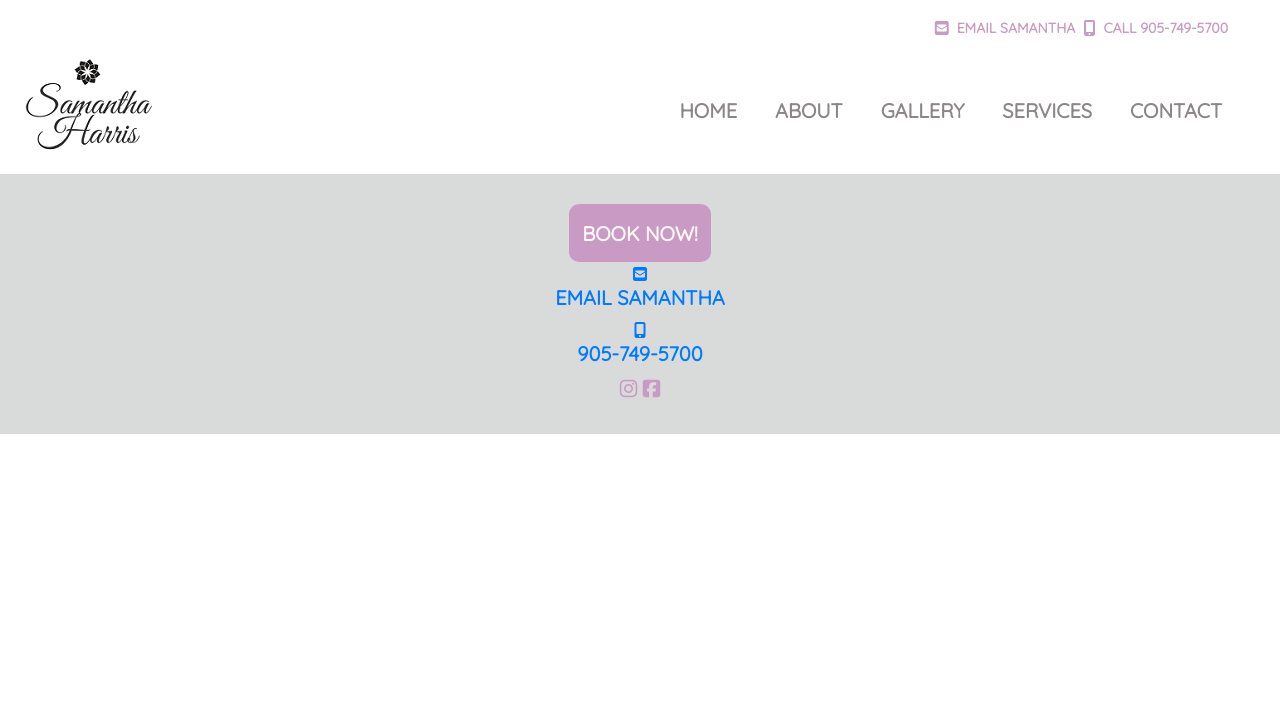
Repository: JayneyNix/milestone-1-UCFD
Page: services.html
The author's editor kept a record of every edit. The page is drawn from the files as they stood at one moment, then again after the next edit.
The browser window is 1280 px wide. The pictures show the whole page.
Some web libraries are served in a nearby version.

Above is the page before.

### services.html
<!DOCTYPE html>
<html lang="en">

<head>
    <meta charset="UTF-8">
    <meta name="viewport" content="width=device-width, initial-scale=1.0">
    <meta http-equiv="X-UA-Compatible" content="ie=edge">
    <title>Professional Make-up Artistry | Samantha Harris</title>
    <script src="https://code.jquery.com/jquery-3.3.1.slim.min.js" integrity="sha384-q8i/X+965DzO0rT7abK41JStQIAqVgRVzpbzo5smXKp4YfRvH+8abtTE1Pi6jizo" crossorigin="anonymous"></script>
    <link href="https://stackpath.bootstrapcdn.com/bootstrap/4.3.1/css/bootstrap.min.css" rel="stylesheet" integrity="sha384-ggOyR0iXCbMQv3Xipma34MD+dH/1fQ784/j6cY/iJTQUOhcWr7x9JvoRxT2MZw1T" crossorigin="anonymous" type="text/css">
    <link rel="stylesheet" href="https://cdnjs.cloudflare.com/ajax/libs/hover.css/2.3.1/css/hover-min.css" type="text/css">
    <link rel="stylesheet" href="https://fonts.googleapis.com/css?family=Quicksand">
    <script src="https://kit.fontawesome.com/26094534a3.js" crossorigin="anonymous"></script>
    <link rel="stylesheet" href="Assets/style.css" class="text/css">
</head>

<body>
     <!--Navigation-->

    <div class="fixed-header d-flex flex-row-reverse mt-2 pr-5 align-items-center">
        <div class="p-1 call-text mt-2">
            <a class="call-header" href="tel:905-749-5700" target="-blank">
                <h5 class="h5 headings"><span class="number">Call 905-749-5700</span></h5>
            </a>
        </div>
        <div class="p-1 call-icon"><a class="call-header" href="tel:905-749-5700" target="-blank"><i class="fas fa-mobile-alt" aria-hidden="true"></i></a>
        </div>
        <div class="p-1 email-text mt-2">
            <a class="email-header" href="mailto:bookings@samanthaharris.ca" target="-blank">
                <span class="call"><h5 class="h5 headings">Email Samantha</h5></span>
            </a>
        </div>
        <div class="p-1 email-icon"><a class="email-header" href="mailto:bookings@samanthaharris.ca" target="-blank"><i class="fas fa-envelope-square" aria-hidden="true"></i></a>
        </div>
    </div>


<div class="container-fluid nav-container no-padding" role="navigation">
        <nav class="navbar navbar-light navbar-expand-lg">

            <a class="navbar-brand" href="index.html">
                <img src="Assets/logo.png" class="d-inline-block align-top"
      alt="samantha-harris-logo"/>
      </a>

            <button class="navbar-toggler ml-auto" type="button" data-toggle="collapse" data-target="#navbarNavDropdown" aria-controls="navbarNavDropdown" aria-expanded="false" aria-label="Toggle navigation">
          <span class="navbar-toggler-icon"></span>
      </button>
            <div class="collapse navbar-collapse" id="navbarNavDropdown">
                <ul class="navbar-nav navbar-default ml-auto">
                    <li class="nav-item">
                        <a class="nav-link active" href="index.html">Home</a>
                    </li>
                    <li class="nav-item">
                        <a class="nav-link" href="about.html">About</a>
                    </li>
                    <li class="nav-item">
                        <a class="nav-link" href="gallery.html">Gallery</a>
                    </li>
                    <li class="nav-item">
                        <a class="nav-link" href="services.html">Services</a>
                    </li>
                    <li class="nav-item last">
                        <a class="nav-link" href="contact.html">Contact</a>
                    </li>
                </ul><br>
            </div>
        </nav>
    </div>

    <!--Navigation-->


    <!--Introduction-->




    <!--Introduction-->







    <footer class="container-fluid footer-container no-padding">

        <div id="footer" class="row">
            <div class="col-md-12">
                <div class="action">
                    <btn class="footer-button">
                        <a href="contact.html" <h5 class="footer-items">BOOK NOW!</h5></a>
                    </btn>
                </div>

                <div class="col-md-12">
                    <div class="contact-methods">
                        <a class="send-email" href="mailto:bookings@samanthaharris.ca" target="-blank"><i class="fas fa-envelope-square" aria-hidden="true"></i>
                <h5 class ="headings uppercase">Email Samantha</h5></a>
                        <a class="call" href="tel:905-749-5700"><i class="fas fa-mobile-alt" aria-hidden="true"></i><h5 class="headings uppercase">905-749-5700</h5></a>
                    </div>
                </div>

                <div class="col-md-12">
                    <div class="social"></div>
                    <a class="insta" href="https://www.instagram.com" target="-blank"><i class="fab fa-instagram" aria-hidden="true"></i>
                    </a>
                    <a class="facebook" href="https://www.facebook.com" target="-blank"><i class="fab fa-facebook-square" aria-hidden="true"></i></a>
                </div>
            </div>

        </div>
        </div>

    </footer>


    <script src="https://stackpath.bootstrapcdn.com/bootstrap/4.3.1/js/bootstrap.min.js" integrity="sha384-JjSmVgyd0p3pXB1rRibZUAYoIIy6OrQ6VrjIEaFf/nJGzIxFDsf4x0xIM+B07jRM" crossorigin="anonymous"></script>

    <script src="https://cdnjs.cloudflare.com/ajax/libs/popper.js/1.14.7/umd/popper.min.js" integrity="sha384-UO2eT0CpHqdSJQ6hJty5KVphtPhzWj9WO1clHTMGa3JDZwrnQq4sF86dIHNDz0W1" crossorigin="anonymous"></script>
</body>

</html>

### Assets/style.css
/*Typography*/

.headings {

    font-family: Quicksand, sans-serif;
    text-transform: uppercase;
    font-weight: bold;
}

.h1 {
    font-size: 28px;
    color: #8a8689;
    font-weight: bold;
}

.h2 {
    font-size: 20px;
    font-weight: bold;
}

.h3 {
    font-size: 18px;
    color: #8a8689;
}

.h4 {
    font-size: 16px;
}

.h5 {
    font-size: 14px;
    color: #8a8689;
}

.p {
    font-size: 14px;
    color: #8a8689;
    font-weight: normal;
}

/*Typography*/


/*Contact Header*/

.p-1 .email-header {
    color: #c99bc4;
    text-decoration: none;
}

.p-1 .call-header {
    color: #c99bc4;
    text-decoration: none;
}

.p-1 .email-header:hover {
    color: #8a8689;
}

.p-1 .call-header:hover {
    color: #8a8689;
}

.p-1 .h5 {
    color: #c99bc4;
}

.p-1 .h5:hover {
    color: #8a8689;
}

/*Contact Header*/


/*--Navigation--*/

.nav-container {
    padding-right: 20px;
    padding-left: 0;
}

.navbar {
    background-color: #fff;
    padding: 0;
}

.navbar-brand {
    padding-left: 20px;
    padding-bottom: 20px;
    background-size: cover;
    width: 150;
    height: 150;
}

.navbar-nav {
    padding-right: 30px;
}

.nav-item {
    padding: 20;
}

.nav-link {
    font-family: "Quicksand", sans-serif;
    font-size: 20px;
    font-weight: bold;
    text-decoration: none;
    text-transform: uppercase;
    color: #8a8689!important;
    vertical-align: middle;
    padding-left: 30px!important;
}

.nav-link:hover {
    color: #c99bc4!important;
    transform: scale(1.25);
    transition: ease-in-out;
    transition-duration: 0.3s;
}

.navbar-light .navbar-toggler {
    padding-right: 30px;
    border: 0;
    font-weight: bold;
}

  .navbar-toggler:focus, .navbar-toggler:active {
    outline: none;
    box-shadow: none;
    color: #c99bc4;
  }

@media (max-width: 992px) {
    #navbarNavDropdown {
        text-align: center;
    }
}

/*--Navigation--*/


/*--Footer*/

.container-fluid .footer-container {
    display: inline-block;
    font-size: 0;
}

#footer {
    background-color: #d9dbda;
    text-align: center;
    padding-top: 30px;
    padding-bottom: 30px;
}

.footer-button {
    position: relative;
    display: inline-block;
    font-family: "Quicksand", sans-serif;
    font-size: 20px;
    font-weight: bolder;
    text-transform: uppercase;
    vertical-align: middle;
    border: 3px solid #c99bc4;
    border-radius: 10px;
    padding: 10px;
    text-align: center;
    background-color: #c99bc4;
}

.footer-button .contact-link {
    text-decoration: none;
}

.footer-items {
    color: #fffafa;
    font-weight: bold;
    vertical-align: middle;
    margin: 0;
}

.footer-items:hover {
    color: #8a8689;
    transform: scale(1.1);
    transition: ease-in-out;
    transition-duration: 0.5s;
}

.call-contact .h3 {
    color: #c99bc4;
    text-decoration: none;
}

.a .call-contact {
    text-decoration: none;
}

.email-contact .h3 {
    color: #c99bc4;
    text-decoration: none;
}

.a .email-contact {
    text-decoration: none;
}

.call-contact .h3:hover {
    color: #8a8689;
}

.email-contact .h3:hover {
    color: #8a8689;
}

.insta {
    color: #c99bc4;
    font-size: 20px;
}

.facebook {
    color: #c99bc4;
    font-size: 20px;
}

.insta:hover {
    color: #8a8689;
    text-decoration: none;
}

.facebook:hover {
    color: #8a8689;
    text-decoration: none;
}

/*--Footer*/


/*--Homepage Section 1 - Banner & Intro*/

.home-main-banner {
    max-width: 100%;
    height: 100%;
    padding: 0px 0px 20px;
    margin: 0;
    font-size: 0;
}

#home-main-intro {
    padding: 0;
    margin: 0;
}

.intro-section {
    padding: 0;
    width: 80%;
}

/*--End Homepage Section 1 - Banner & Intro*/


/*--Homepage Section 2 - Testimonials*/

#testimonial-carousel {
    display: block;
    padding: 0;
    font-size: 0;
    margin-bottom: 20px;
    height: 300px;
}

.carousel-image {
    height: 300px;
}

.carousel-caption {
    position: absolute;
    left: 50%;
    top: 40%;
    transform: translate(-50%, -50%);
    overflow: hidden;
    width: 80%;
}

.carousel-heading {
    color: #8a8689;
    font-style: italic;
    font-weight: bolder;
}

.carousel-text {
    font-style: italic;
    font-weight: bolder;
}

.box {
    border: 0px transparent;
    border-radius: 50%;
    background-color: #fffafa;
    padding: 30px;
}

/*--End Homepage Section 2 - Testimonials*/


/*--Gallery--*/

.gallery-container {
    padding-bottom: 20px;
}

/*--End Gallery--*/


/*--Contact Page Form--*/

.contact-main-banner {
    max-width: 100%;
    padding: 0px 0px 20px;
    margin: 0;
    font-size: 0;
}

.contact-image {
    height: 420px;
}

.contact-intro {
    padding: 0;
    margin: 0;
}

.contact-container {
    width: 100%;
    padding-bottom: 20px;
    margin: 20px 0px;
    padding-left: 0;
    padding-right: 0;
    vertical-align: middle;
    background-color: #fffafa;
}

.row-top {
    padding-top: 40px;
}

.row-second-section  {
    padding-top: 20px;
}

.row-bottom {
    padding-top:20px;
}

.send-btn {
    vertical-align: middle;
    border: 3px solid #c99bc4;
    border-radius: 10px;
    padding: 10px;
    text-align: center;
    background-color: #c99bc4;
    color: #fffafa;
    font-weight: bolder;
}

.send-btn:hover {
    color: #8a8689;
    transform: scale(1.1);
    transition: ease-in-out;
    transition-duration: 0.5s;
}

.form-control::placeholder {
    font-family: Quicksand, 'sans-serif';
    font-size: 14px;
    font-style: italic;
    font-weight: bold;
    text-transform: uppercase;
    color:#8a8689;
}

::-webkit-datetime-edit-text {
    color: #8a8689;
    padding: 0 0.3em;
    text-transform: uppercase;
    font-family: Quicksand, 'sans-serif';
    font-size: 14px;
    font-style: italic;
    font-weight: bold;
    }

/*--End contact page form--*/

After the next edit:
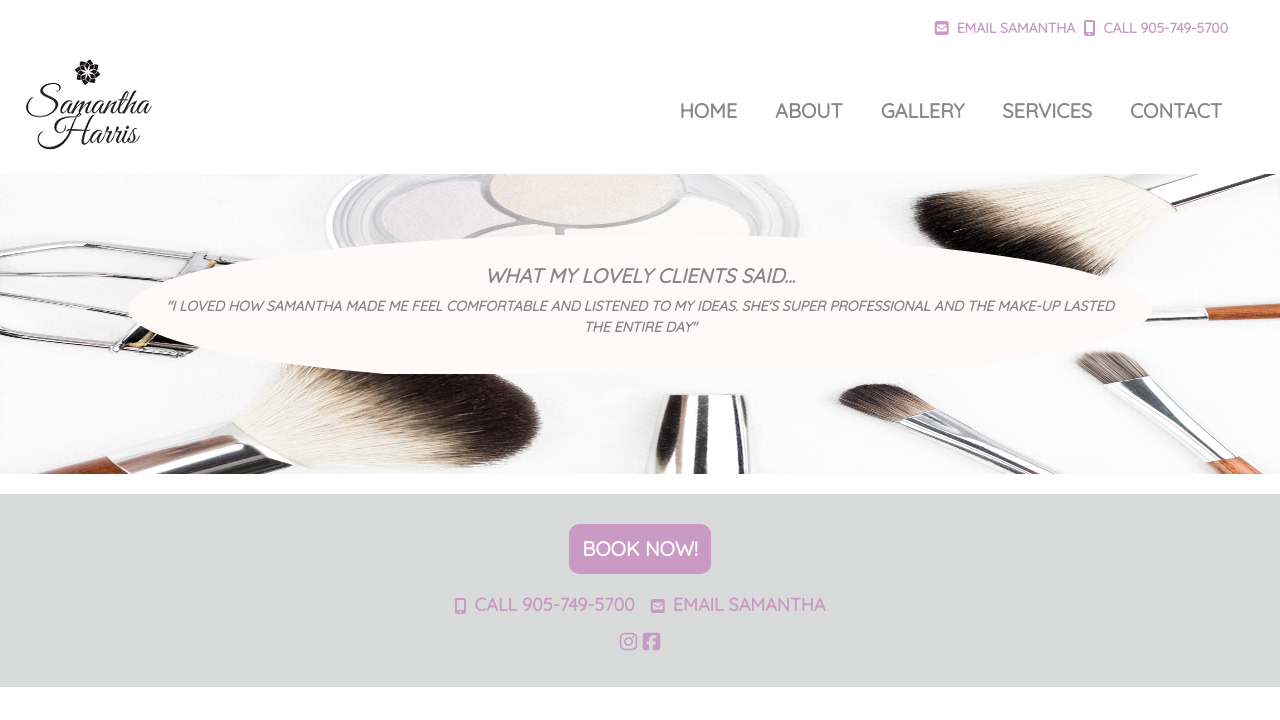
The edit:
--- a/services.html
+++ b/services.html
@@ -79,46 +79,92 @@
     <!--Introduction-->
 
 
+ <!--Testimonials-->
 
+    <div id="testimonial-carousel" class="carousel slide d-none d-md-block" data-ride="carousel">
+        <div class="carousel-inner">
+            <div class="carousel-item active">
+                <img class="carousel-image d-block w-100" src="Assets/cosmetic-brushes.png" alt="Slide-One">
+                <div class="carousel-caption d-none d-md-block height-auto">
+                    <div class="box">
+                        <h2 class="h2 headings carousel-heading align-items-center justify-content-center">What My Lovely Clients Said...</h2>
+                            <p class="p headings carousel-text">"Sam was awesome from the moment I met her I knew I didn't want anyone else to do my make-up! I felt so confident and beautiful but still like me"
+                            </p>
+                    </div>
+                </div>
+            </div>
 
+            <div class="carousel-item">
+                <img class="carousel-image d-block w-100" src="Assets/cosmetic-brushes.png" alt="Slide-One">
+                <div class="carousel-caption d-none d-md-block">
+                    <div class="box">
+                        <h2 class="h2 headings carousel-heading align-items-center justify-content-center">What My Lovely Clients Said...</h2>
+                            <p class="p headings carousel-text">"I loved how Samantha made me feel comfortable and listened to my ideas. She's super professional and the make-up lasted the entire day"
+                            </p>
+                    </div>
+                </div>
+            </div>
+            <div class="carousel-item">
+                <img class="carousel-image d-block w-100" src="Assets/cosmetic-brushes.png" alt="Slide-One">
+                <div class="carousel-caption d-none d-md-block">
+                    <div class="box">
+                        <h2 class="h2 headings carousel-heading align-items-center justify-content-center">What My Lovely Clients Said...</h2>
+                            <p class="p headings carousel-text">"I was looking for someone who uses natural products and the latest techniques and Samantha was knowledgeable, experienced and wasn't flustered with our party of 7!"
+                            </p>
+                    </div>
+                </div>
+            </div>
+        </div>
+    </div>
 
+    <!--Testimonials-->
 
+    <!--Footer-->
 
     <footer class="container-fluid footer-container no-padding">
 
         <div id="footer" class="row">
-            <div class="col-md-12">
+            <div class="col-sm-12">
                 <div class="action">
                     <btn class="footer-button">
-                        <a href="contact.html" <h5 class="footer-items">BOOK NOW!</h5></a>
+                        <a class="contact-link" href="contact.html">
+                            <h2 class="h2 headings footer-items">BOOK NOW!</h2>
+                        </a>
                     </btn>
                 </div>
 
-                <div class="col-md-12">
-                    <div class="contact-methods">
-                        <a class="send-email" href="mailto:bookings@samanthaharris.ca" target="-blank"><i class="fas fa-envelope-square" aria-hidden="true"></i>
-                <h5 class ="headings uppercase">Email Samantha</h5></a>
-                        <a class="call" href="tel:905-749-5700"><i class="fas fa-mobile-alt" aria-hidden="true"></i><h5 class="headings uppercase">905-749-5700</h5></a>
+                <div class="d-flex flex-row justify-content-center mt-3">
+
+                    <div class="p-1 call-icon"><a class="call-header" href="tel:905-749-5700" target="-blank"><i class="fas fa-mobile-alt" aria-hidden="true"></i></a>
+                    </div>
+                    <div class="p-1 call-text mr-2">
+                        <a class="call-contact" href="tel:905-749-5700" target="-blank">
+                            <h3 class="h3 headings">Call 905-749-5700</h3>
+                        </a>
+                    </div>
+                    <div class="p-1 email icon"><a class="email-header" href="mailto:bookings@samanthaharris.ca" target="-blank"><i class="fas fa-envelope-square" aria-hidden="true"></i></a>
+                    </div>
+                    <div class="p-1 email-text">
+                        <a class="email-contact" href="mailto:bookings@samanthaharris.ca" target="-blank">
+                            <h3 class="h3 headings">Email Samantha</h3>
+                        </a>
                     </div>
                 </div>
 
-                <div class="col-md-12">
+                <div class="col-sm-12">
                     <div class="social"></div>
                     <a class="insta" href="https://www.instagram.com" target="-blank"><i class="fab fa-instagram" aria-hidden="true"></i>
                     </a>
                     <a class="facebook" href="https://www.facebook.com" target="-blank"><i class="fab fa-facebook-square" aria-hidden="true"></i></a>
                 </div>
             </div>
-
         </div>
-        </div>
-
     </footer>
 
-
-    <script src="https://stackpath.bootstrapcdn.com/bootstrap/4.3.1/js/bootstrap.min.js" integrity="sha384-JjSmVgyd0p3pXB1rRibZUAYoIIy6OrQ6VrjIEaFf/nJGzIxFDsf4x0xIM+B07jRM" crossorigin="anonymous"></script>
-
-    <script src="https://cdnjs.cloudflare.com/ajax/libs/popper.js/1.14.7/umd/popper.min.js" integrity="sha384-UO2eT0CpHqdSJQ6hJty5KVphtPhzWj9WO1clHTMGa3JDZwrnQq4sF86dIHNDz0W1" crossorigin="anonymous"></script>
+    <!--Footer-->
+<script src="https://cdnjs.cloudflare.com/ajax/libs/jquery/3.4.1/jquery.slim.min.js"></script>
+<script src="https://cdnjs.cloudflare.com/ajax/libs/popper.js/1.15.0/umd/popper.min.js"></script>
+<script src="https://cdnjs.cloudflare.com/ajax/libs/twitter-bootstrap/4.3.1/js/bootstrap.min.js"></script>
 </body>
 
 </html>
